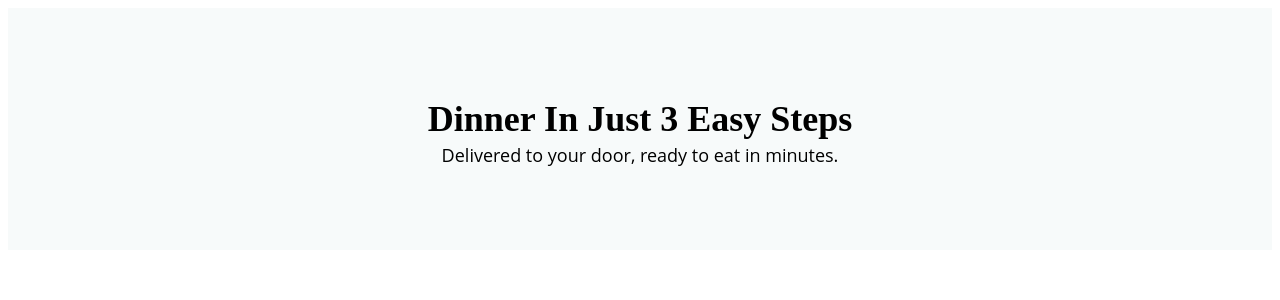
Repository: ST-United-Internship/leadpage
Page: icons-UI.html
An editor plug-in stored every save of this project. The page is shown before and after the next save, followed by the edit.
The browser window is 1280 px wide. The pictures show the whole page.

Above is the page before, as saved 2023-03-15 09:33:10.

### icons-UI.html
<!DOCTYPE html>
<html lang="en">
<head>
    <meta charset="UTF-8">
    <meta http-equiv="X-UA-Compatible" content="IE=edge">
    <meta name="viewport" content="width=device-width, initial-scale=1.0">
    <title>Document</title>
    <link rel="stylesheet" href="css/icons-UI.css">
</head>
<body>
    <div class="about">
        <div class="title-text">
            <h2>Dinner In Just 3 Easy Steps</h2>
            <p>Delivered to your door, ready to eat in minutes.</p>
        </div>
    </div>
</body>
</html>

### css/icons-UI.css
.about{
    background-color: #f7fafa;
}

.about .title-text{
    text-align: center;
    padding: 90px;
}

.about .title-text h2{
    font-size: 36px;
    margin: 0px 0px 10px 0px;
}

.about .title-text p{
    font-size: 18px;
    font-family: 'Open Sans', sans-serif;
    margin: 0;
    line-height: 10px;
    font-weight: 400;
}

After the next save:
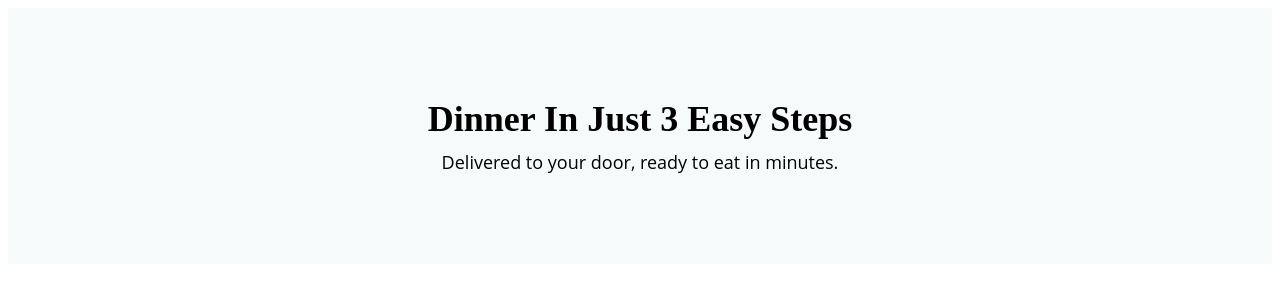
Saved 15 s later.
--- a/css/icons-UI.css
+++ b/css/icons-UI.css
@@ -16,6 +16,5 @@
     font-size: 18px;
     font-family: 'Open Sans', sans-serif;
     margin: 0;
-    line-height: 10px;
     font-weight: 400;
 }
